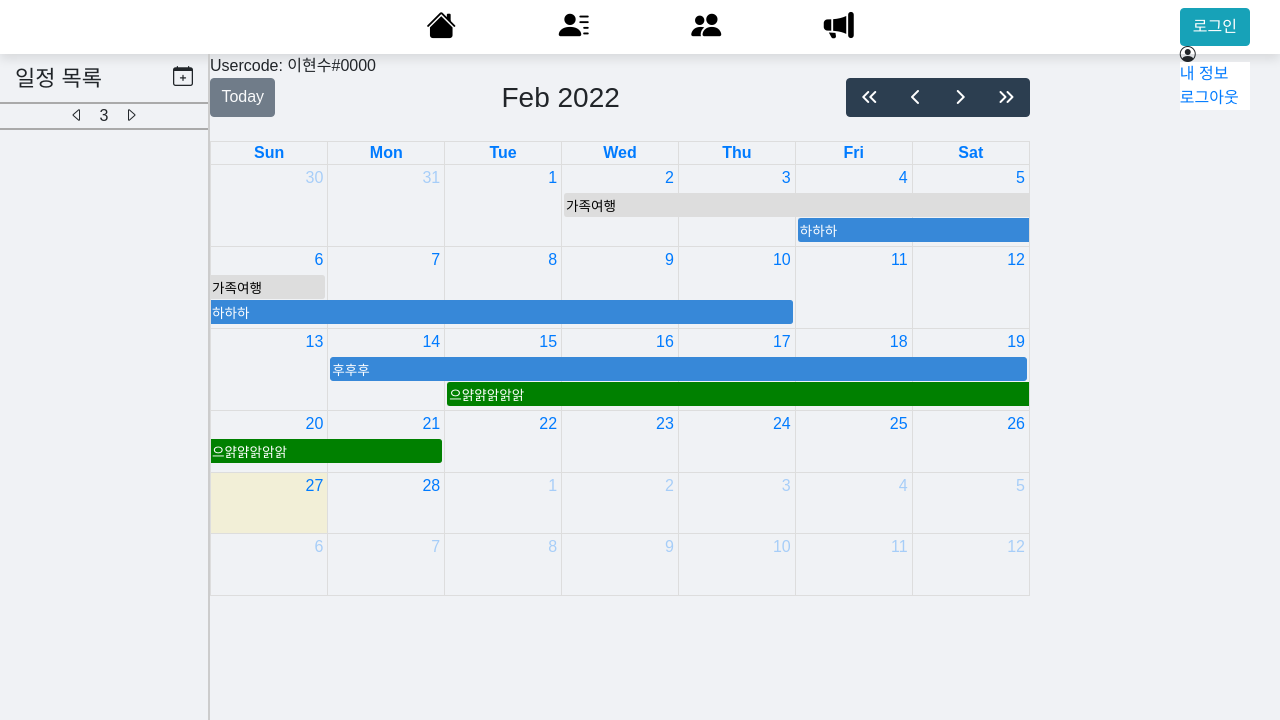
Repository: Hyeon330/Full_stack-code
Page: http://localhost/miniProject/
An editor plug-in stored every save of this project. The page is shown before and after the next save, followed by the edit.
The browser window is 1280 px wide. The pictures show the whole page.
Some web fonts or font styles are not loaded; a fallback is used. The page is served by Tomcat 9. Other server files are loaded and not shown.

Above is the page before, as saved 2022-03-20 13:03:19.

### 주요과제/Spring/miniProject/src/main/webapp/WEB-INF/views/home.jsp
<%@ page language="java" contentType="text/html; charset=utf-8" pageEncoding="utf-8"%>
<style>
#sidebar{
	height: 100%;
	width: 210px;
	border-right: 2px solid #ccc;
	overflow: hidden;
}
#sideTitle{
	padding: 0 15px;
	border-bottom: 2px solid #aaa;
	height: 50px;
	line-height: 50px;
}
#sideTitle > span:first-child {
	font-size: 22px;
}
#sideTitle > span:last-child {
	cursor: pointer;
	font-size: 20px;
	position: relative;
	float: right;
	top: 12px;
}
#sideMonth{
	border-bottom: 2px solid #aaa;
	text-align: center;
}
#sideMonth > i {
	margin: 0 10px;
	cursor: pointer;
}
#sideMain {
	width: 100%;
	overflow-x: hidden;
}
#sideMain::-webkit-scrollbar-thumb {
	background-color: #aaa;
	border-radius: 100px;
}
#sideMain::-webkit-scrollbar-track {
	background-color: rgba(0,0,0,0);
}
#listbox{
	width: 200px;
}
</style>
<script type="text/javascript">
const resizeMain = () => {
	let headerHeight = Number($('#header').css('height').substring(0, $('#header').css('height').length-2));
    let sideTitleHeight = Number($('#sideTitle').css('height').substring(0, $('#sideTitle').css('height').length-2));
    let sideMonthHeight = Number($('#sideMonth').css('height').substring(0, $('#sideMonth').css('height').length-2));
    $('#sidebar').css('height', window.innerHeight-Number($('#header').css('height').substring(0, $('#header').css('height').length-2)));
    $('#sideMain').css('height', window.innerHeight-headerHeight-sideTitleHeight-sideMonthHeight);

    let sidebarWidth = Number($('#sidebar').css('width').substring(0, $('#sidebar').css('width').length-2));
    $('#contentsBack').css('height', window.innerHeight-headerHeight);
    $('#contentsBack').css('width', window.innerWidth-sidebarWidth-17);

    // let calwidth = screen.availWidth-sidebarWidth-380;
    let calwidth = window.innerWidth-sidebarWidth-250;
    $('#contents').css('height', window.innerHeight-headerHeight-60);
    $('#contents').css('width', calwidth);

    calendar.render();
}
$(function(){

	resizeMain();
	$(window).resize(resizeMain);

	// 다이얼로그 오픈
    $('#dialogOpen').click(function() {
        $('#dialog').dialog('open');
    });

    // 다이얼로그값 전체 리셋 함수
    const dialogReset = () => {
        $("#event-title").val('');
        $("#start-date").val('');
        $("#end-date").val('');
        $('#repet').each(function() {
            $(this).find('option:first').attr('selected',true);
        });
        $('#public').prop('checked', false);
        $('#event-color').val('#3788D8');
        $("#place").val('');
        $("#memo").val('');
    };

    // 다이얼로그 세팅
    $('#dialog').dialog({
        autoOpen: false, // 실행시 자동열림
        modal: true,
        buttons: {
            등록: function(){
                // ajax 처리
                dialogReset();
                $("#dialog").dialog('close');
            },
            초기화: dialogReset,
            취소: function(){
                dialogReset();
                $("#dialog").dialog('close');
            }
        }
    });

    // DatePicker 세팅
    $('#start-date, #end-date').datepicker({
        dateFormat: 'yy-mm-dd',
        monthNames: ['1월', '2월', '3월', '4월', '5월', '6월', '7월', '8월', '9월', '10월', '11월', '12월'],
        monthNamesShort: ['1월', '2월', '3월', '4월', '5월', '6월', '7월', '8월', '9월', '10월', '11월', '12월'],
        dayNames: ['일', '월', '화', '수', '목', '금', '토'],
        dayNamesMin: ['일', '월', '화', '수', '목', '금', '토'],
        showMonthAfterYear: true,
        yearSuffix: '년'
    });
});
</script>
<div id="sidebar">
    <div id="sideTitle">
        <span>일정 목록</span>
        <span id="dialogOpen"><i class="bi bi-calendar-plus"></i></span>
    </div>
    <div id="sideMonth">
        <i class="bi bi-caret-left" onclick="prevMonth()"></i>
        <span>3</span>
        <i class="bi bi-caret-right" onclick="nextMonth()"></i>
    </div>
    <div id="sideMain">
        <div id="listbox">
        </div>
    </div>
</div>
<!-- 다이얼로그 창 -->
<div id="dialog" title="일정 등록">
    <ul>
        <li><input type="text" id="event-title" name="event-title"  placeholder="제목"></li>
        <li><input type="text" id="start-date" name="start-date" placeholder="시작날짜(년-월-일)"></li>
        <li><input type="text" id="end-date" name="end-date" placeholder="종료날짜(년-월-일)"></li>
        <li>
            <select name="repet" id="repet">
                <option value="N">반복안함</option>
                <option value="D">매일반복</option>
                <option value="W">매주반복</option>
                <option value="M">매달반복</option>
                <option value="Y">매년반복</option>
            </select>
        </li>
        <li><label for="public">Public</label><input type="checkbox" id="public" name="public"></li>
        <li><label for="event-color">이벤트 색상</label><input type="color" id="event-color" name="event-color" value="#3788D8"></li>
        <li><input type="text" id="place" name="place" placeholder="장소"></li>
        <li><input type="text" id="memo" name="memo" placeholder="메모"></li>
    </ul>
</div>

### 주요과제/Spring/miniProject/src/main/webapp/inc/top.jspf
<%@ page language="java" contentType="text/html; charset=utf-8" pageEncoding="utf-8"%>
<%@ taglib uri="http://java.sun.com/jsp/jstl/core" prefix="c" %>
<c:set var="url" value="<%=request.getContextPath() %>"/>
<html>
<head>
<meta charset="UTF-8">
<title>Insert title here</title>
	<!-- 부트스트랩4, 부트스트랩 icon CSS -->
	<link rel="stylesheet" href="https://cdn.jsdelivr.net/npm/bootstrap-icons@1.8.1/font/bootstrap-icons.css">
    <link rel="stylesheet" href="https://cdn.jsdelivr.net/npm/bootstrap@4.6.1/dist/css/bootstrap.min.css" integrity="sha384-zCbKRCUGaJDkqS1kPbPd7TveP5iyJE0EjAuZQTgFLD2ylzuqKfdKlfG/eSrtxUkn" crossorigin="anonymous">

    <!-- jquery, 플러그인 CDN -->
    <link rel="stylesheet" href="${url}/jquery-ui/jquery-ui.min.css">
    <script src="https://ajax.googleapis.com/ajax/libs/jquery/3.6.0/jquery.min.js"></script>
    <script src="${url}/jquery-ui/jquery-ui.min.js"></script>

    <!-- 부트스트랩4 JS -->
    <script src="https://cdn.jsdelivr.net/npm/bootstrap@4.6.1/dist/js/bootstrap.bundle.min.js" integrity="sha384-fQybjgWLrvvRgtW6bFlB7jaZrFsaBXjsOMm/tB9LTS58ONXgqbR9W8oWht/amnpF" crossorigin="anonymous"></script>

    <!-- 풀캘린더 API -->
	<link href='${url}/fullcalendar/main.css' rel='stylesheet' />
    <script src='${url}/fullcalendar/main.js'></script>

    <link rel="stylesheet" href="${url}/css/base.css" type="text/css">
    <link rel="stylesheet" href="${url}/css/header.css" type="text/css">

</head>
<body>
<div id="header">
	<div id="icons">
	    <a href="index.html" class="disableLink"><i class="bi bi-house-fill" title="Home"></i></a>
	    <a href="friends.html"><i class="bi bi-person-lines-fill" title="Friends"></i></a>
	    <a href="#"><i class="bi bi-people-fill" title="Group"></i></a>
	    <a href="#"><i class="bi bi-megaphone-fill" title="Announcement"></i></a>
	</div>
    <div id="info">
        <a id="login-btn" href="${url}/login" type="button" class="btn btn-info">로그인</a>
        <div>
            <div id="userinfo">
                <i class="bi bi-person-circle"></i>
            </div>
        </div>
        <div id="info_menu">
            <ul>
                <a href="#"><li>내 정보</li></a>
                <a href="#"><li>로그아웃</li></a>
            </ul>
        </div>
    </div>
</div>
<div id="main">

### 주요과제/Spring/miniProject/src/main/webapp/inc/main.jspf
<%@ page language="java" contentType="text/html; charset=utf-8" pageEncoding="utf-8"%>
<%@ taglib uri="http://java.sun.com/jsp/jstl/core" prefix="c" %>
<div id="contentsBack">
	<div id=contents>
		<div id='usercode'>Usercode: 이현수#0000</div>
		<div id='calendar'></div>
		<script src="${url}/js/myCalendar.js"></script>
	</div>
</div>
</div>
</body>
</html>

### 주요과제/Spring/miniProject/src/main/webapp/css/base.css
@charset "UTF-8";
@import url('https://fonts.googleapis.com/css2?family=Do+Hyeon&display=swap');
body, div, p, ul, li {
	margin: 0;
	padding: 0;
}
ul, li{
	list-style-type: none;
}
ul {
	background: #fff;
}
body {
	background-color: #f0f2f5;
	font-family: 'Do Hyeon', sans-serif;
}
#main > div{
	float: left;
}

### 주요과제/Spring/miniProject/src/main/webapp/css/header.css
@charset "UTF-8";
#header {
	background-color: #fff;
	height: 54px;
	box-shadow: 0px 5px 10px rgba(0,0,0,0.1);
}
#icons{
	display: flex;
	justify-content: space-around;
	width: 530px;
	height: 54px;
	margin: 0 auto;
}
#icons > *{
	font-size: 30px;
	margin-top: 10px;
}
#icons a, #icons a:link, #icons a:visited{
	color: black;
}
#icons a:hover{
	color: #888;
	text-decoration: none;
}
#info {
	position: absolute;
	top: 8px;
	right: 30px;
}

Loaded but not shown: 주요과제/Spring/miniProject/src/main/webapp/jquery-ui/jquery-ui.min.css (library); 주요과제/Spring/miniProject/src/main/webapp/jquery-ui/jquery-ui.min.js (library); 주요과제/Spring/miniProject/src/main/webapp/fullcalendar/main.js (library); 주요과제/Spring/miniProject/src/main/webapp/js/myCalendar.js (66 lines, source omitted); 주요과제/Spring/miniProject/src/main/webapp/fullcalendar/main.css (1494 lines, source omitted)

After the next save:
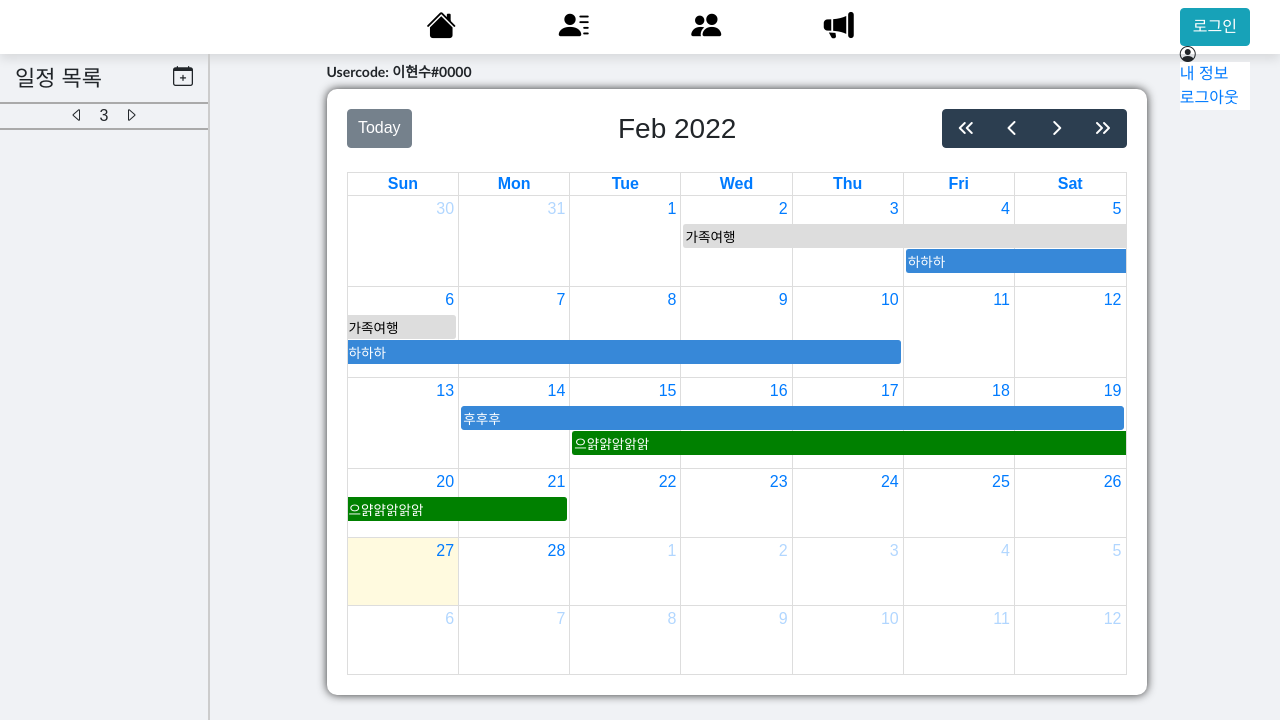
Saved 105 s later.
--- a/주요과제/Spring/miniProject/src/main/webapp/WEB-INF/views/home.jsp
+++ b/주요과제/Spring/miniProject/src/main/webapp/WEB-INF/views/home.jsp
@@ -43,6 +43,25 @@
 }
 #listbox{
 	width: 200px;
+}
+
+#usercode {
+  font-family: "Gill Sans", "Gill Sans MT", Calibri, "Trebuchet MS", sans-serif;
+  position: relative;
+  line-height: 35px;
+  height: 35px;
+  font-size: 14px;
+  font-weight: 700;
+}
+#contents {
+  margin: 0 auto;
+}
+#calendar {
+  height: inherit;
+  padding: 20px;
+  background-color: white;
+  border-radius: 10px;
+  box-shadow: 0px 0px 10px rgba(0, 0, 0, 0.8);
 }
 </style>
 <script type="text/javascript">
